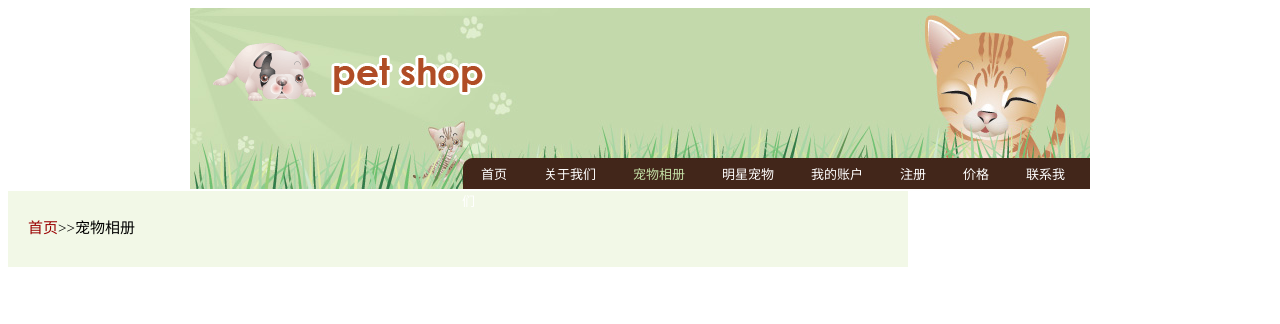
Repository: kxl666/kxl-Html
Page: 04.第四节任务(宠物相册)/index.html
The author's editor kept a copy of each file at every save. The page is drawn from the files as they stood at one save, then again after the next save.
The browser window is 1280 px wide. The pictures show the whole page.

Above is the page before, as saved 2021-09-07 20:11:24.

After the next save:
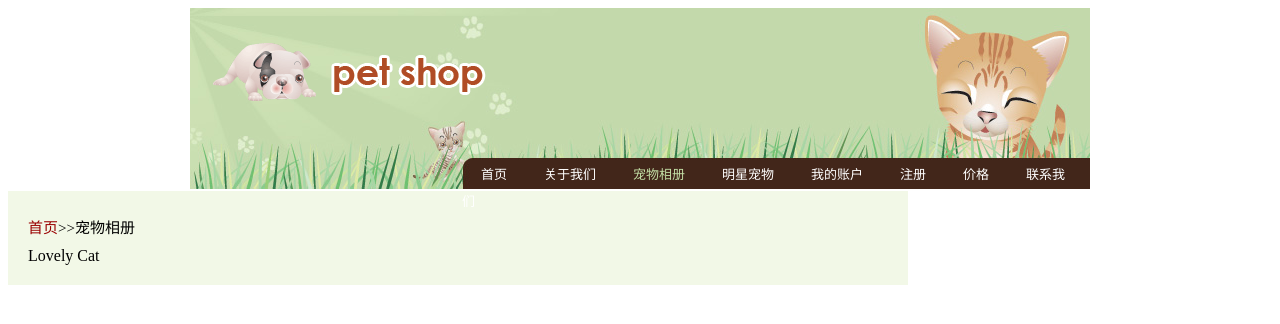
Saved 28 s later.
--- a/04.第四节任务(宠物相册)/index.html
+++ b/04.第四节任务(宠物相册)/index.html
@@ -50,7 +50,9 @@
         </div>
 
         <div class="pet_album_box">
-
+            <span>
+                Lovely Cat
+            </span>
         </div>
     </div>
 </body>
